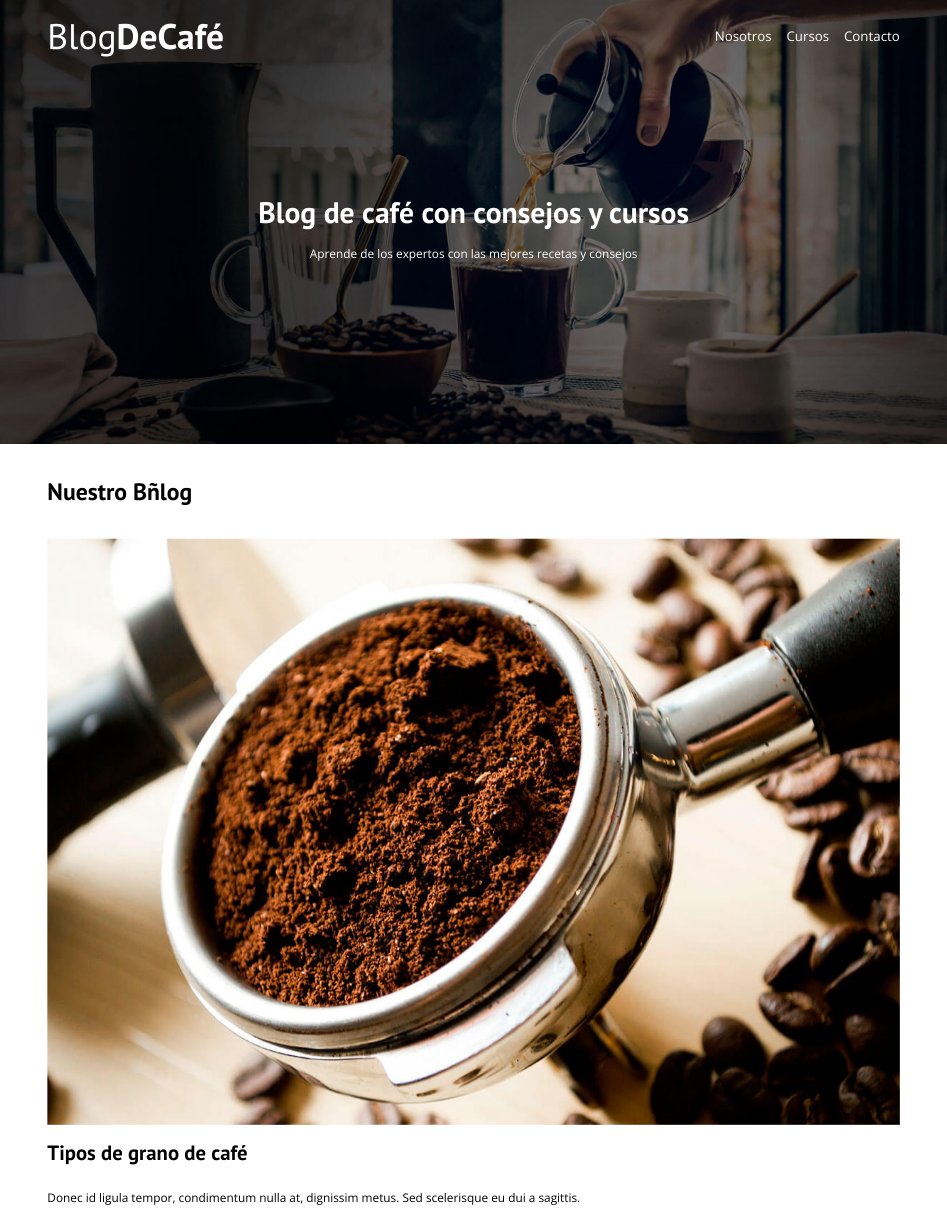
Repository: araque1990/blog_de_cafe
Page: index.html
An editor plug-in stored every save of this project. The page is shown before and after the next save, followed by the edit.
The browser window is 1280 px wide. The pictures show the whole page, at 74% of full size.

Above is the page before, as saved 2023-01-12 13:03:35.

After the next save:
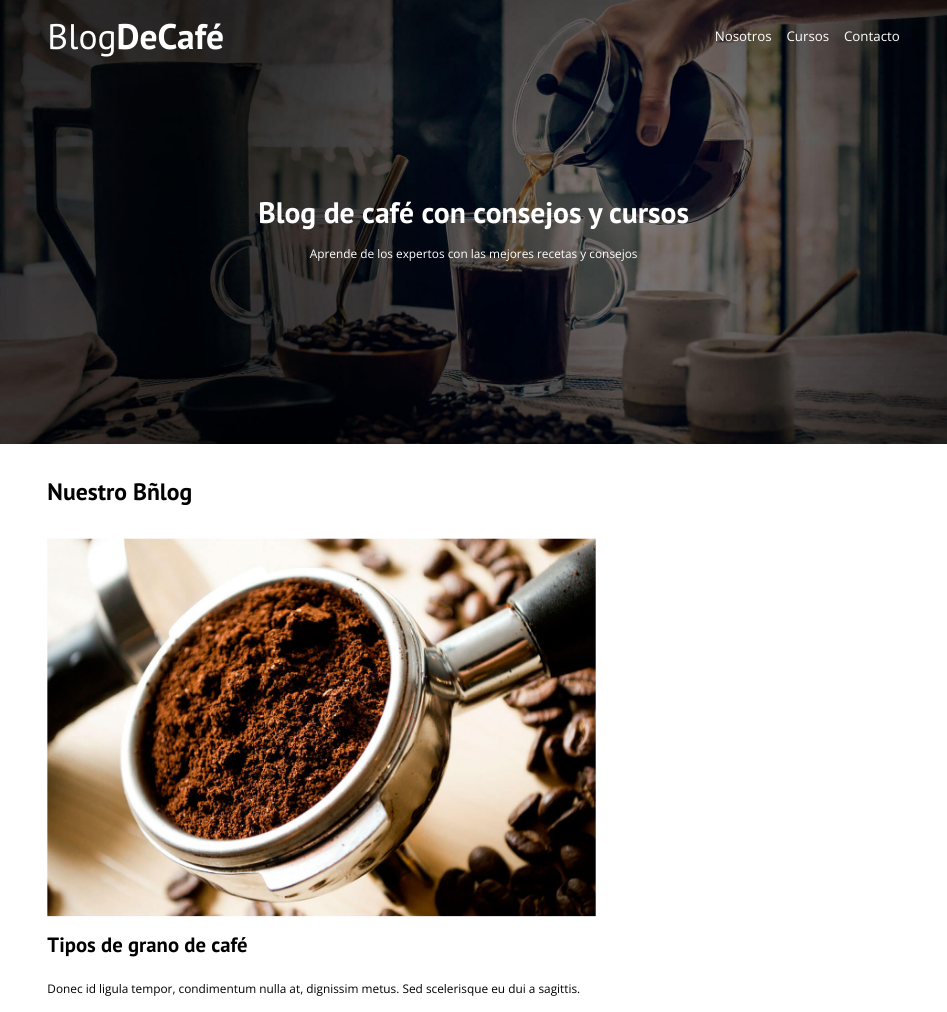
Saved 2 s later.
--- a/css/styles.css
+++ b/css/styles.css
@@ -107,3 +107,11 @@ img {
   font-size: 1.8rem;
   color: var(--blanco);
 }
+
+@media (min-width: 768px) {
+  .contenido-principal {
+    display: grid;
+    grid-template-columns: 2fr 1fr;
+    column-gap: 4rem;
+  }
+}
